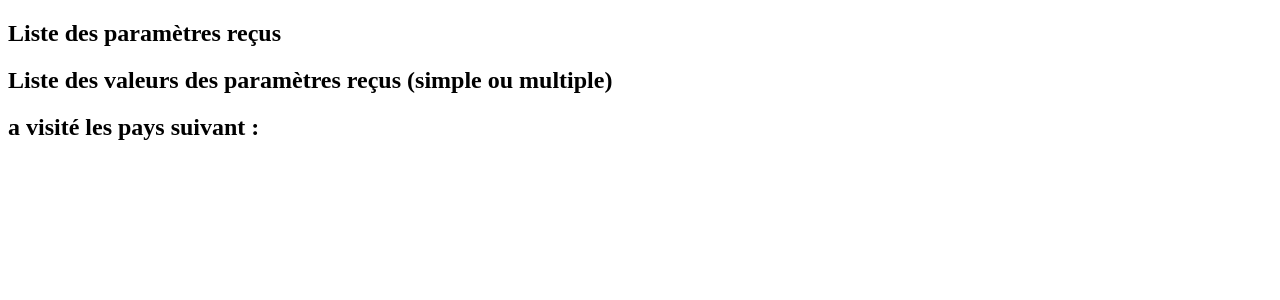
Repository: big73/NFE114
Page: http://localhost/Seance3_params_JSP/afficheForm.jsp
An editor plug-in stored every save of this project. The page is shown before and after the next save, followed by the edit.
The browser window is 1280 px wide. The pictures show the whole page.
The page is served by Tomcat 9.

Above is the page before, as saved 2015-12-28 14:49:01.

### Seance3_params_JSP/WebContent/afficheForm.jsp
<%@ page language="java" contentType="text/html; charset=UTF-8" pageEncoding="UTF-8"%>
<%@ taglib uri="http://java.sun.com/jsp/jstl/core" prefix="c" %>
<%@ taglib uri="http://java.sun.com/jsp/jstl/functions" prefix="fn" %>
<!DOCTYPE html PUBLIC "-//W3C//DTD HTML 4.01 Transitional//EN" "http://www.w3.org/TR/html4/loose.dtd">
<html>
<head>
<meta http-equiv="Content-Type" content="text/html; charset=UTF-8">
<title>Traitement des paramètres</title>
<link rel="stylesheet" href="css/style.css">
</head>
<body>

	<h2>Liste des paramètres reçus</h2>

		<c:forEach var="parametre" items="${param}">
			<c:out value="${parametre.key}" />
			<c:out value="${parametre.value }" /><br>
		</c:forEach>

	<h2>Liste des valeurs des paramètres reçus (simple ou multiple)</h2>
	<ul>
		<c:forEach var="par" items="${paramValues }">
			<c:set var="typeParam" value="${(fn:length(par.value) > 1) ? 'multiple' : 'simple' }" />
			<li>
				<c:out value="paramètre ${par.key } est de type : ${typeParam }" /><br>
				valeur :
				<c:forEach var="valParam" items="${par.value}">
					<c:out value="${valParam }"></c:out>
				</c:forEach>
			</li>
		</c:forEach>
	</ul>

	<h2>
		<c:out value="${param.prenom} ${param.nom } a visité les pays suivant :" />
	</h2>

</body>
</html>

### Seance3_params_JSP/WebContent/css/style.css
li,div
{
	margin : 20px;
}
table, th, td {
    border: 1px solid black;
}

After the next save:
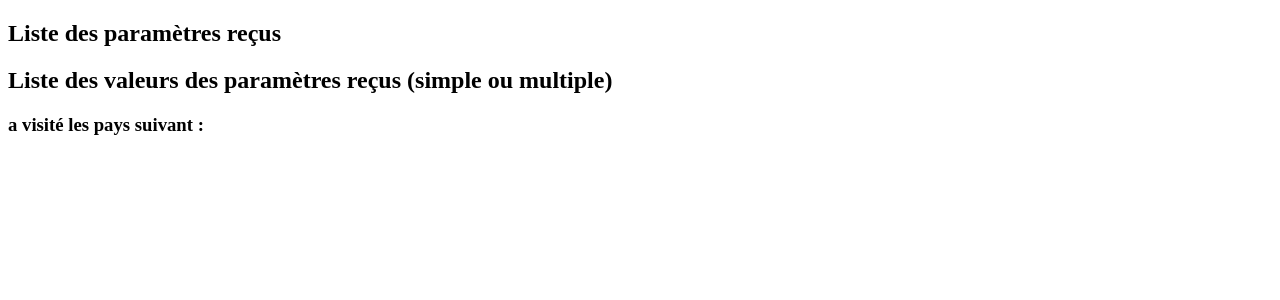
Saved 7 s later.
--- a/Seance3_params_JSP/WebContent/afficheForm.jsp
+++ b/Seance3_params_JSP/WebContent/afficheForm.jsp
@@ -31,9 +31,9 @@
 		</c:forEach>
 	</ul>
 
-	<h2>
+	<h3>
 		<c:out value="${param.prenom} ${param.nom } a visité les pays suivant :" />
-	</h2>
+	</h3>
 
 </body>
 </html>
